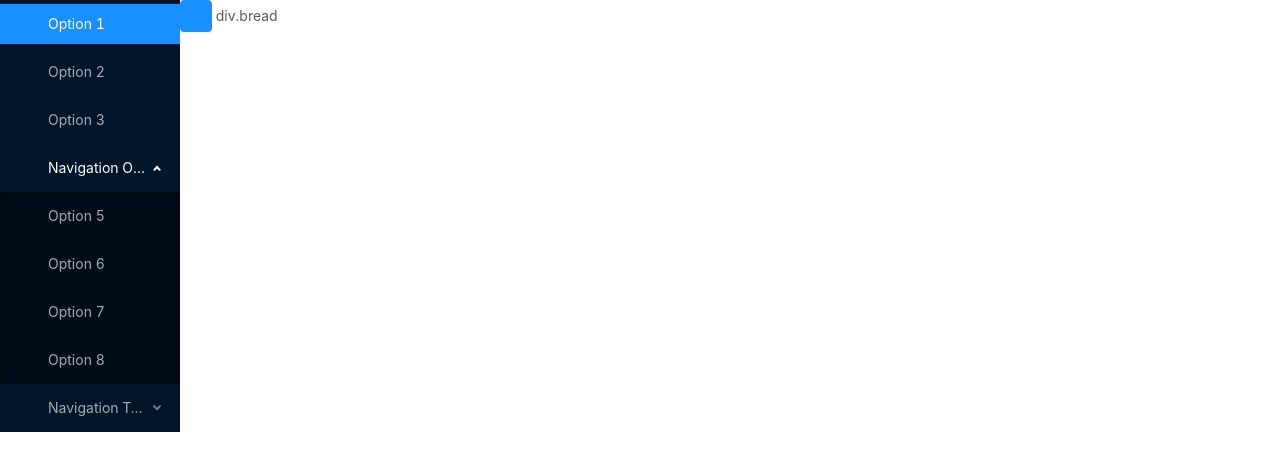
Repository: Ysleave/mall-app
Page: /
An editor plug-in stored every save of this project. The page is shown before and after the next save, followed by the edit.
The browser window is 1280 px wide. The pictures show the whole page.
The project was rebuilt for these pictures with package versions that can differ from the ones it lists, and the page was loaded fresh each time.

Above is the page before, as saved 2021-01-15 17:16:55.

After the next save:
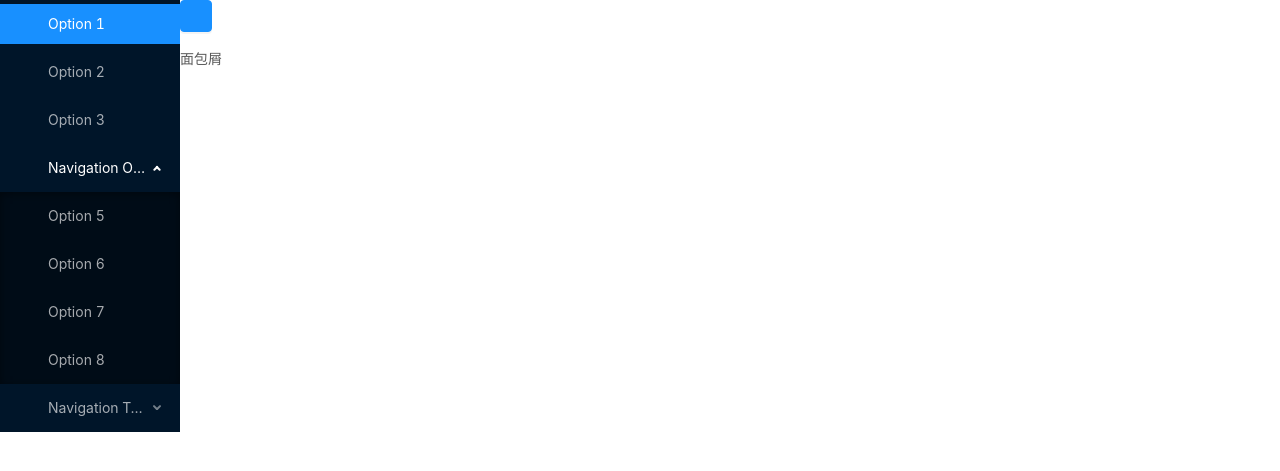
Saved 16 s later.
--- a/src/views/mainContent.vue
+++ b/src/views/mainContent.vue
@@ -9,7 +9,9 @@
       >
         <a-icon :type="collapsed ? 'menu-unfold' : 'menu-fold'" />
       </a-button>
-      div.bread
+      <div class="breadcrumb">
+        面包屑
+      </div>
     </div>
   </div>
 </template>
